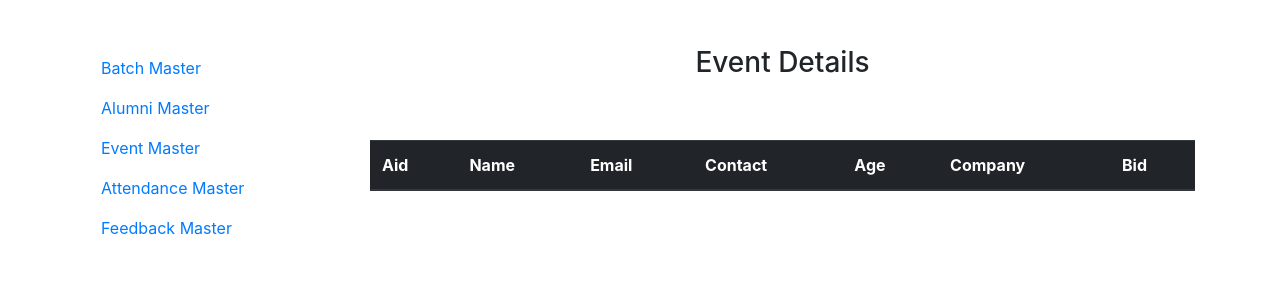
Repository: Shreyash1107/Web_Projects
Page: http://localhost/AlumnieventmanagementApplication/Viewevents.jsp
The author's editor kept a copy of each file at every save. The page is drawn from the files as they stood at one save, then again after the next save.
The browser window is 1280 px wide. The pictures show the whole page.
Some web libraries are served in a nearby version. The page is served by Tomcat 9. Nobody is signed in. The application's start-up code is not run. Queries for data that is not in the repository find no rows.

Above is the page before, as saved 2024-08-04 10:07:47.

After the next save:
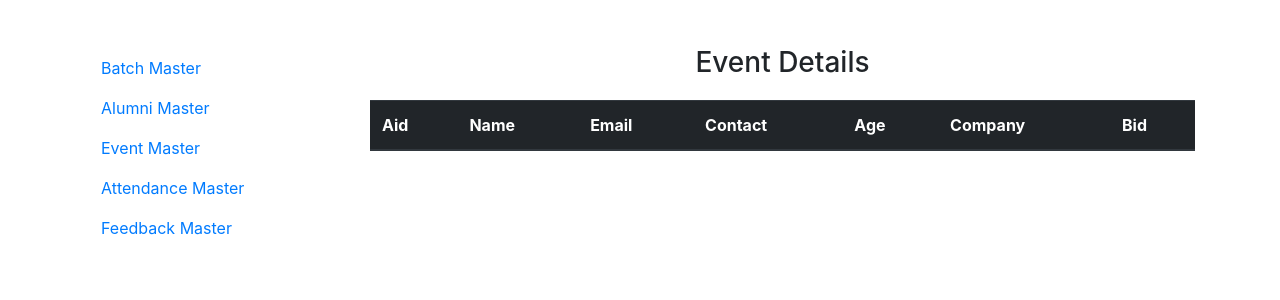
Saved 8 s later.
--- a/AlumnieventmanagementApplication/src/main/webapp/CSS/ViewEvent.css
+++ b/AlumnieventmanagementApplication/src/main/webapp/CSS/ViewEvent.css
@@ -2,5 +2,5 @@
 .heading
 {
 	margin-top: -50px;
-	margin-bottom: 60px;
+	margin-bottom: 20px;
 }
